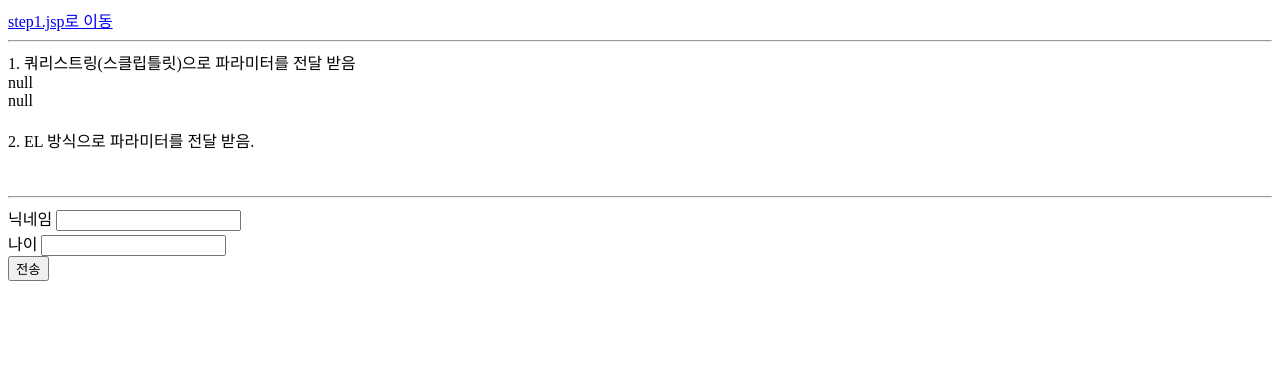
Repository: Dog-voice/king
Page: http://localhost/web_study/step2.jsp
These files come from the project's save history. The page is drawn as it stood at one moment and after the next save; the edit follows.
The browser window is 1280 px wide. The pictures show the whole page.
The page is served by Tomcat 9.

Above is the page before, as saved 2022-08-16 03:44:47.

### 게시글등록(1)/web_study/src/main/webapp/step2.jsp
<%@ page language="java" contentType="text/html; charset=UTF-8"
    pageEncoding="UTF-8"%>
<!DOCTYPE html>
<html>
<head>
<meta charset="UTF-8">
<title>EL param 연습 2</title>
</head>
<body>
   <a href="step1.jsp">step1.jsp로 이동</a>
   <hr>
   <!-- 주석처리 ctr1 + shift + /  -->
   1. 쿼리스트링(스클립틀릿)으로 파라미터를 전달 받음 <br>
   <%=request.getParameter("name") %><br>
   <%=request.getParameter("address") %><br>
   <br>

   2. EL 방식으로 파라미터를 전달 받음. <br>
   ${param.name }<br>
   ${param.address }<br>

   <hr>
   <form action="step2_1.jsp">
       닉네임 <input type="text" name="nick"> <br>
       나이 <input type="text" name="age"><br>
       <button type= "submit">전송</button>
   </form>


</body>
</html>

After the next save:
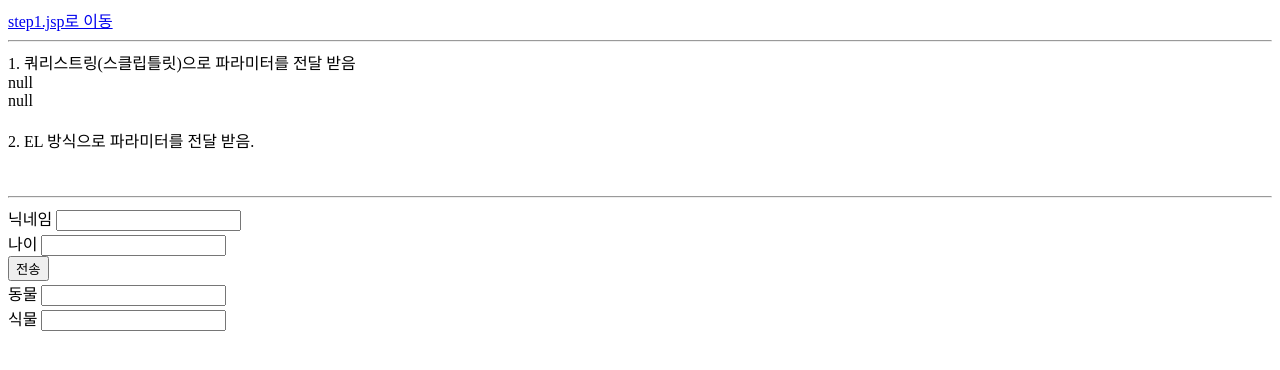
Saved 8 min 5 s later.
--- a/게시글등록(1)/web_study/src/main/webapp/step2.jsp
+++ b/게시글등록(1)/web_study/src/main/webapp/step2.jsp
@@ -26,6 +26,11 @@
        <button type= "submit">전송</button>
    </form>
 
+   <form action="step2_1.jsp">
+   동물 <input type="text" name="nick2"> <br>
+   식물 <input type="text" name="nick3"> <br>
+   </form>
+
 
 </body>
 </html>
